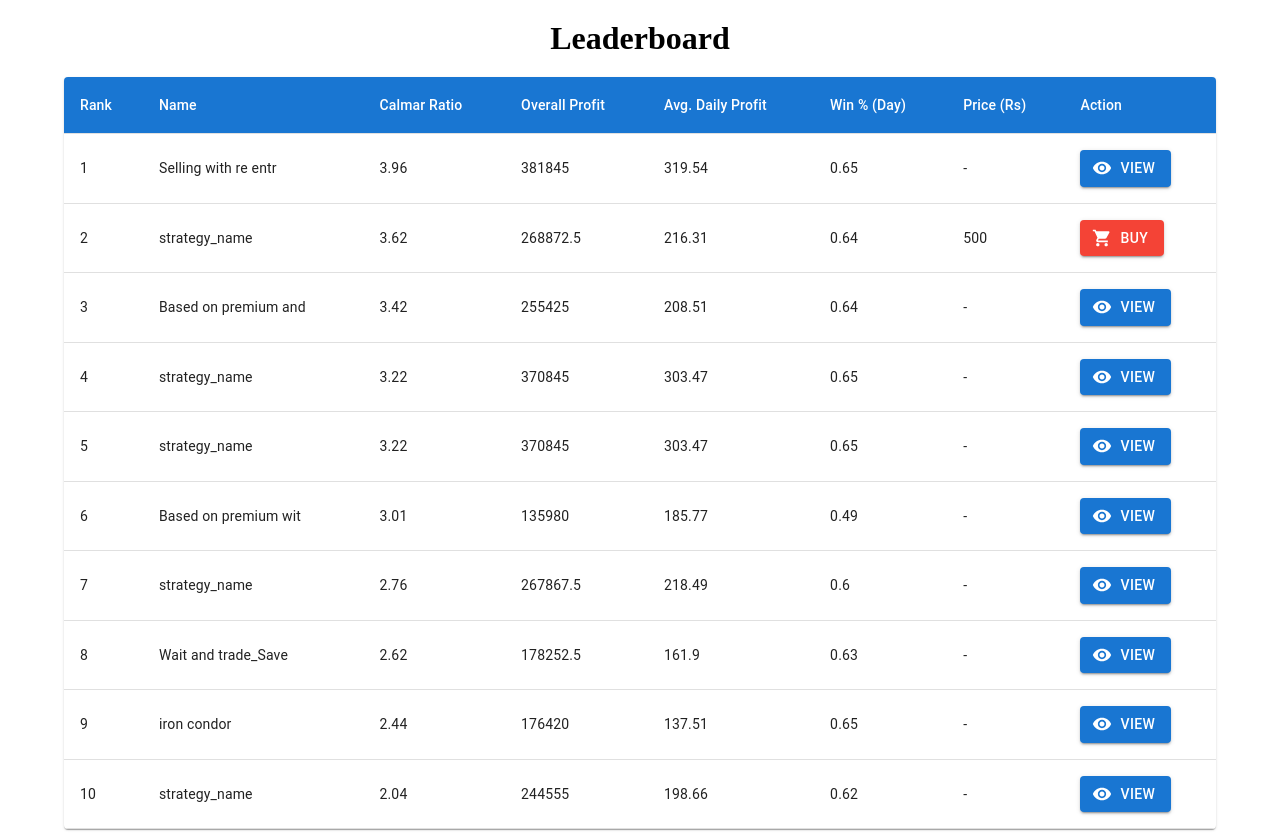
Repository: PraTEEkgUpTa2/Leaderboard
Page: /
The author's editor kept a copy of each file at every save. The page is drawn from the files as they stood at one save, then again after the next save.
The browser window is 1280 px wide. The pictures show the whole page.
The project was rebuilt for these pictures with package versions that can differ from the ones it lists, and the page was loaded fresh each time. Also part of the build but not shown: src/App.css.

Above is the page before, as saved 2024-05-27 12:21:56.

After the next save:
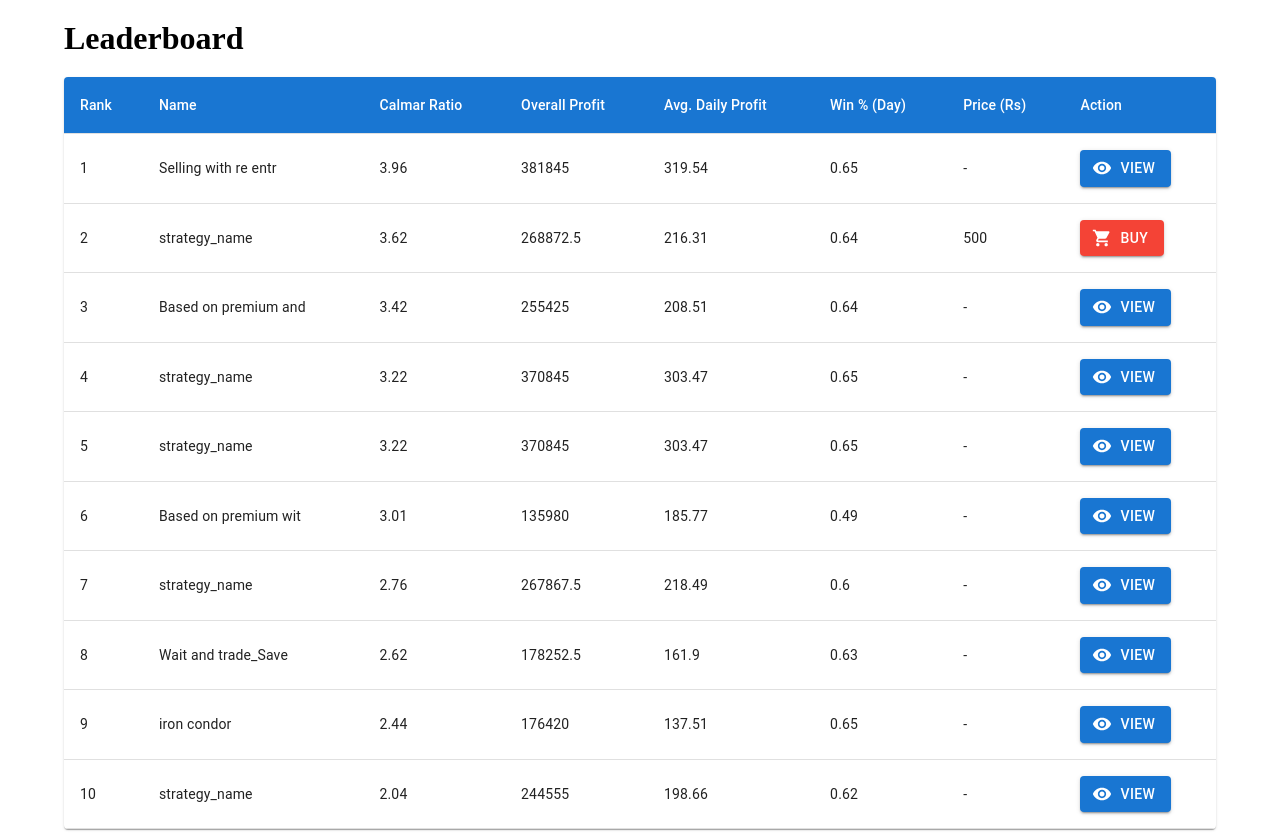
Saved 19 s later.
--- a/src/Leaderboard.js
+++ b/src/Leaderboard.js
@@ -31,7 +31,7 @@ const BuyButton = styled(Button)(({ theme }) => ({
 const Leaderboard = () => {
   return (
     <Container>
-      <h1 style={{ textAlign: 'center', margin: '20px 0' }}>Leaderboard</h1>
+      <h1 style={{ textAlign: 'left', margin: '20px 0' }}>Leaderboard</h1>
       <TableContainer component={Paper}>
         <Table aria-label="leaderboard table">
           <StyledTableHead>
